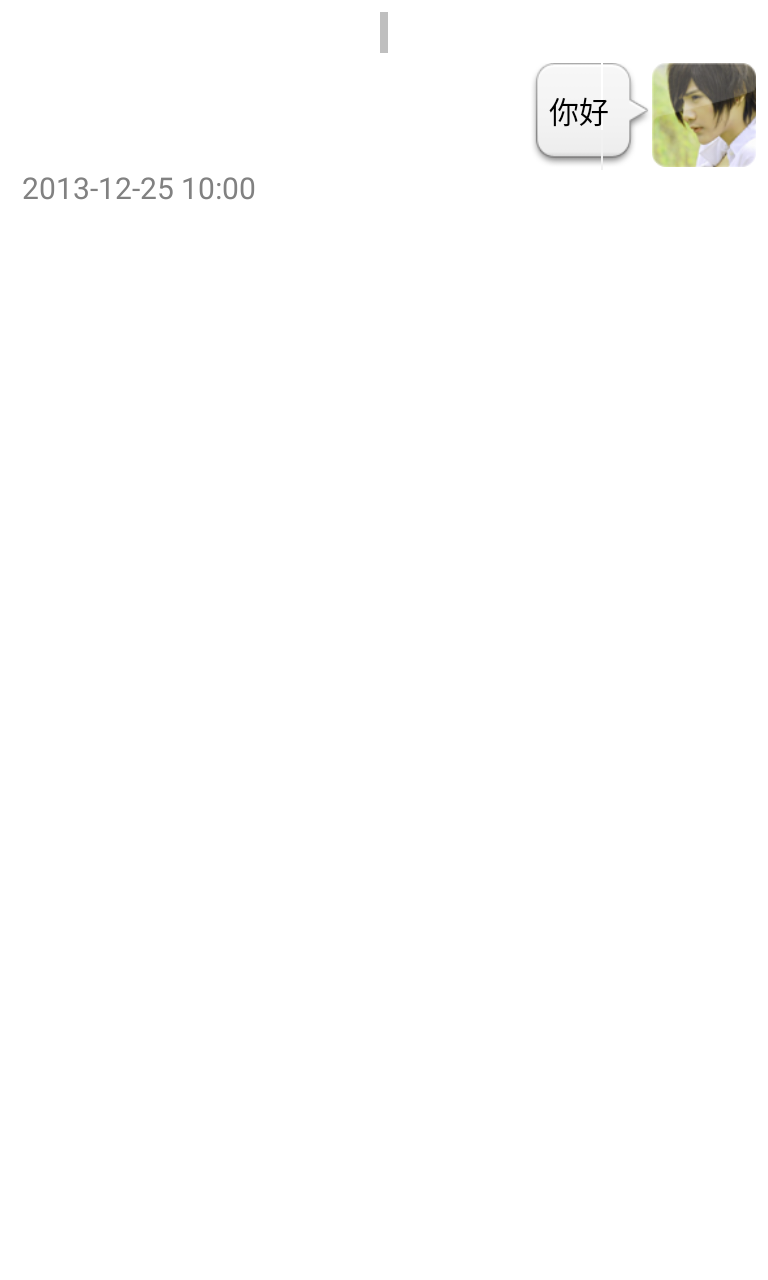
Repository: CiLiNet-Android/courseware
Layout: Android用户界面/TextView/SourceCodes/TextViewDemo/res/layout/include_weixinchart_right_item.xml
These files come from the project's save history. The layout is drawn as it stood at one moment and after the next save; the edit follows.
It is drawn on a 768 x 1280 px phone screen (xhdpi) without system bars, with theme AppTheme; the app's code is not run.

Above is the layout before, as saved 2013-12-24 07:51:53.

### Android用户界面/TextView/SourceCodes/TextViewDemo/res/layout/include_weixinchart_right_item.xml
<?xml version="1.0" encoding="utf-8"?>
<!-- 发送的一条聊天信息 -->
<LinearLayout xmlns:android="http://schemas.android.com/apk/res/android"
    android:layout_width="match_parent"
    android:layout_height="match_parent"
    android:orientation="vertical"
    android:padding="6dp">

    <!-- 信息顶部的发送时间 -->
    <LinearLayout
        android:layout_width="match_parent"
        android:layout_height="wrap_content"
        android:gravity="center_horizontal"
        android:orientation="vertical" >

        <TextView
            style="@style/chat_text_date_style"
            android:layout_width="wrap_content"
            android:layout_height="wrap_content"
            android:id="@+id/txtV_sentTime"/>

    </LinearLayout>

    <!-- 头像  + 聊天记录 -->
    <RelativeLayout
        android:layout_width="fill_parent"
        android:layout_height="wrap_content"
        android:layout_marginLeft="5dp"
        android:layout_marginTop="5dp" >

        <!-- 头像 -->
        <ImageView
            android:layout_width="52dp"
            android:layout_height="52dp"
            android:layout_alignParentRight="true"
            android:layout_alignParentTop="true"
            android:background="@drawable/shuaige"
            android:clickable="true"
            android:id="@+id/imgV_sentUserHead"/>

        <!-- 聊天信息 -->
        <TextView
            android:layout_width="wrap_content"
            android:layout_height="wrap_content"
            android:layout_marginLeft="10dp"
            android:layout_toLeftOf="@id/imgV_sentUserHead"
            android:background="@drawable/chatto_bg"
            style="@style/chat_content_date_style"
            android:text="你好"
            android:id="@+id/txtV_sentChatContent"/>

        <TextView
            android:layout_width="wrap_content"
            android:layout_height="wrap_content"
            android:layout_alignParentLeft="true"
            android:layout_below="@id/imgV_sentUserHead"
            android:layout_toRightOf="@id/txtV_sentChatContent"
            style="@style/chat_text_name_style"
            android:text="2013-12-25 10:00"
            android:id="@+id/tv_sentUserName"/>

    </RelativeLayout>


</LinearLayout>

### Android用户界面/TextView/SourceCodes/TextViewDemo/res/values/styles.xml
<resources>
    <style name="AppBaseTheme" parent="android:Theme.Light" />

    <!-- Application theme. -->
    <style name="AppTheme" parent="AppBaseTheme" />

    <!-- 日期样式 -->
    <style name="chat_text_date_style">
	    <item name="android:padding">2dp</item>
		<item name="android:textColor">#ffffff</item>
		<item name="android:textSize">12sp</item>
		<item name="android:background">#bfbfbf</item>
	</style>

    <!-- 聊天信息 -->
    <style name="chat_content_date_style">
	    <item name="android:minHeight">50dp</item>
	    <item name="android:gravity">left|center</item>
		<item name="android:textColor">#000000</item>
		<item name="android:textSize">15sp</item>
		<item name="android:lineSpacingExtra">2dp</item>
		<item name="android:clickable">true</item>
		<item name="android:focusable">true</item>
		<item name="android:background">#bfbfbf</item>
	</style>

    <!-- 发信人 -->
    <style name="chat_text_name_style">
		<item name="android:textColor">#818181</item>
		<item name="android:textSize">15sp</item>
		<item name="android:gravity">center</item>
	</style>

</resources>

### Android用户界面/TextView/SourceCodes/TextViewDemo/res/drawable/chatto_bg.xml
<?xml version="1.0" encoding="utf-8"?>
<selector xmlns:android="http://schemas.android.com/apk/res/android" >
    <item android:state_focused="true" android:drawable="@drawable/chatto_bg_focused" />
    <item android:state_pressed="true" android:drawable="@drawable/chatto_bg_pressed" />
    <item android:state_selected="true" android:drawable="@drawable/chatto_bg_focused" />

    <item android:drawable="@drawable/chatto_bg_normal" />

</selector>

After the next save:
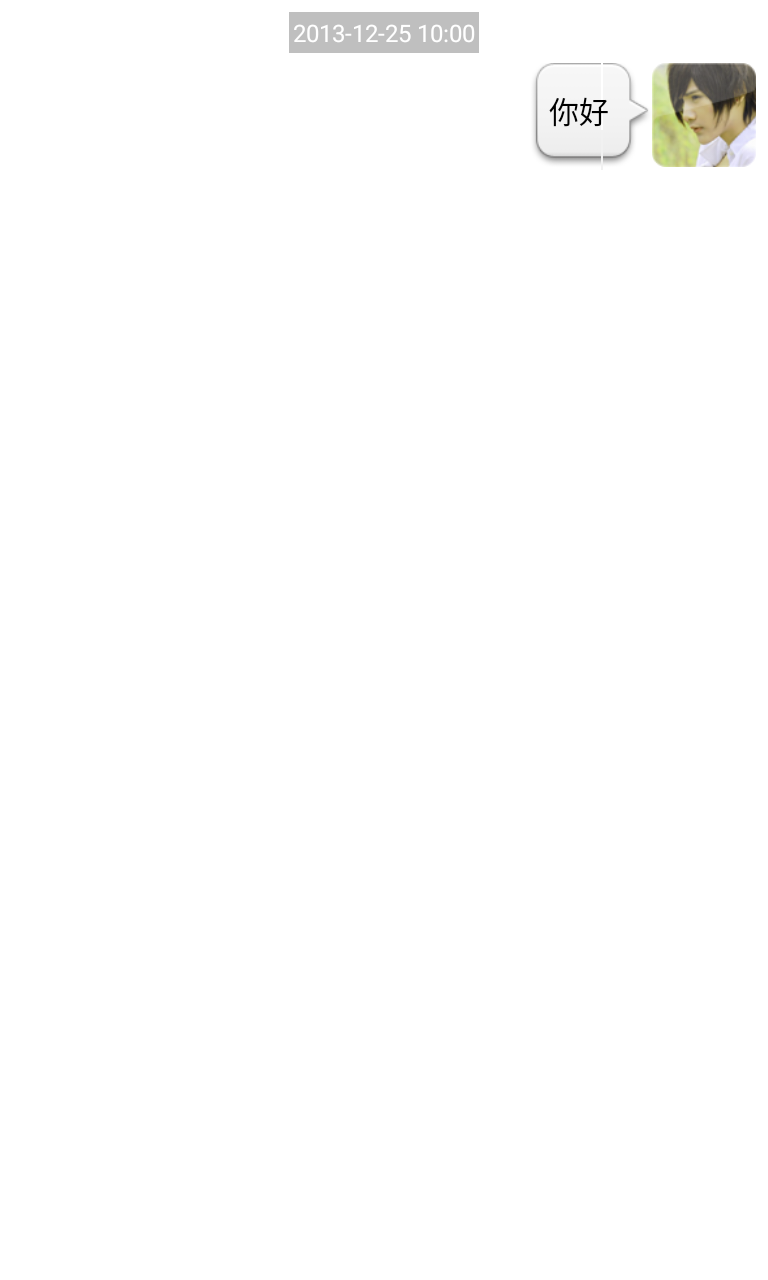
Saved 24 s later.
--- a/Android用户界面/TextView/SourceCodes/TextViewDemo/res/layout/include_weixinchart_right_item.xml
+++ b/Android用户界面/TextView/SourceCodes/TextViewDemo/res/layout/include_weixinchart_right_item.xml
@@ -17,6 +17,7 @@
             style="@style/chat_text_date_style"
             android:layout_width="wrap_content"
             android:layout_height="wrap_content"
+            android:text="2013-12-25 10:00"
             android:id="@+id/txtV_sentTime"/>
 
     </LinearLayout>
@@ -56,7 +57,7 @@
             android:layout_below="@id/imgV_sentUserHead"
             android:layout_toRightOf="@id/txtV_sentChatContent"
             style="@style/chat_text_name_style"
-            android:text="2013-12-25 10:00"
+            android:text=""
             android:id="@+id/tv_sentUserName"/>
 
     </RelativeLayout>
